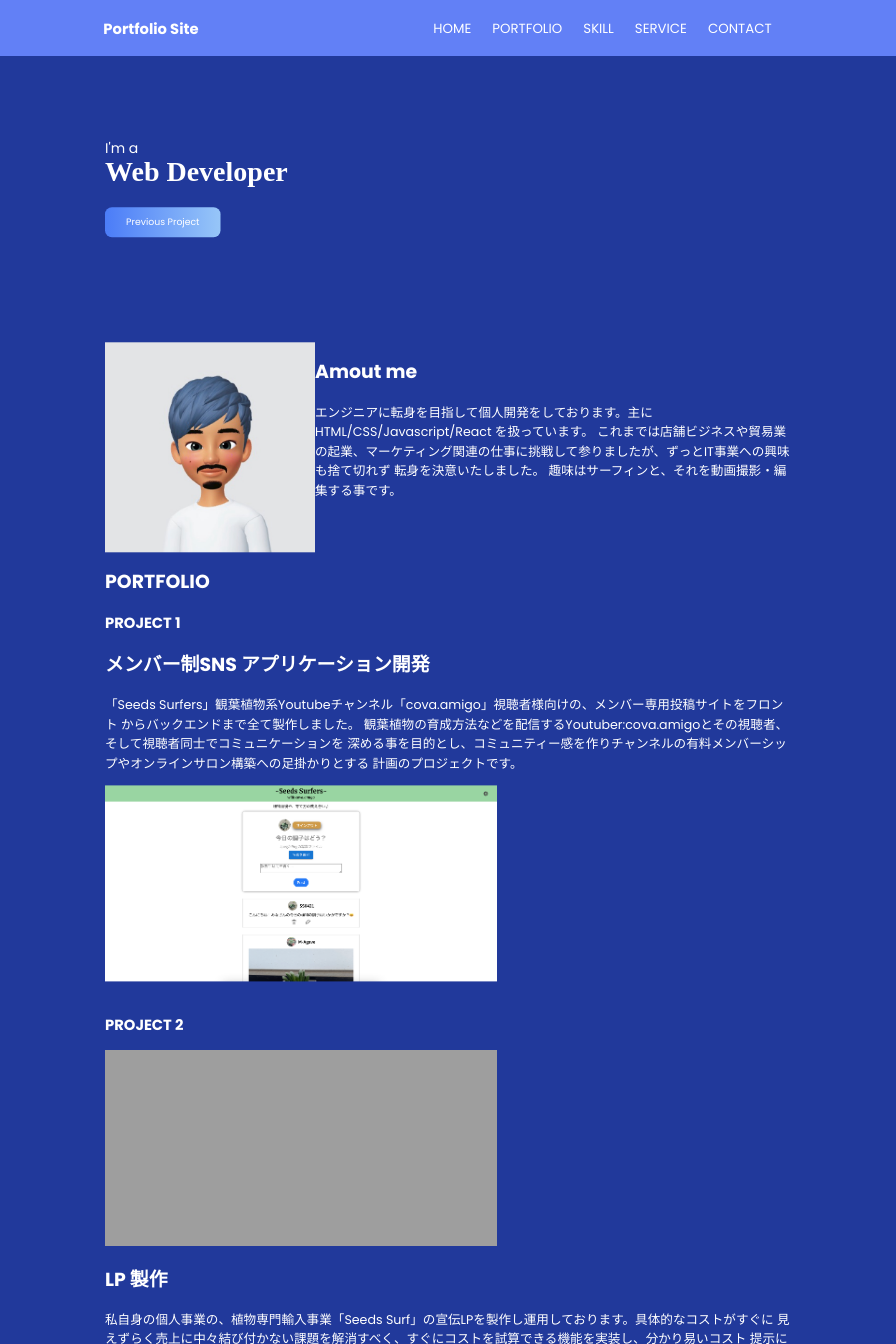
Repository: Seiya00002/my-portfolio-website2
Page: /
These files come from the project's save history. The page is drawn as it stood at one moment and after a run of saves; the edit follows.
The browser window is 1280 px wide. The pictures show the part of the page from y = 0 to 1920 px (the page is 3993 px tall before and 3997 px after), at 70% of full size.
Pictures or frames that could not be fetched are drawn as grey boxes. Some web fonts or font styles are not loaded; a fallback is used. The project was rebuilt for these pictures with package versions that can differ from the ones it lists, and the page was loaded fresh each time.

Above is the page before, as saved 2023-09-24 08:25:09.

After the next 3 saves:
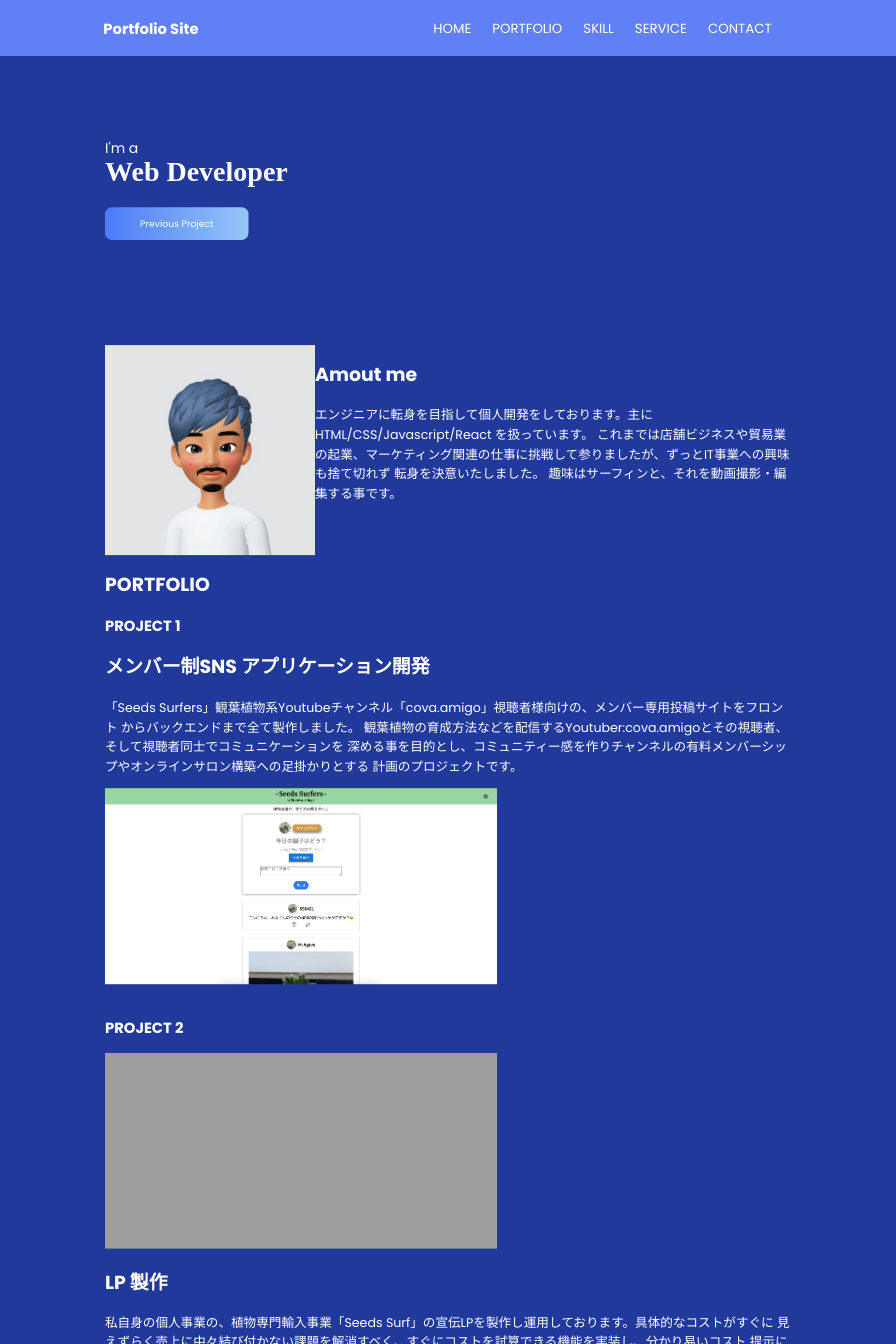
The 3 saves are shown as one change because they came seconds apart.
The last was saved 14 s later.
--- a/src/App.css
+++ b/src/App.css
@@ -68,7 +68,7 @@
   font-size     : 10pt;        /* 文字サイズ */
   text-align    : center;      /* 文字位置   */
   cursor        : pointer;     /* カーソル   */
-  padding       : 15px 30px;   /* 余白       */
+  padding       : 17px 50px;   /* 余白       */
   background: linear-gradient(to left, #97c6f8, #4b7cf8);
   color         : #ffffff;
   line-height   : 1em;
